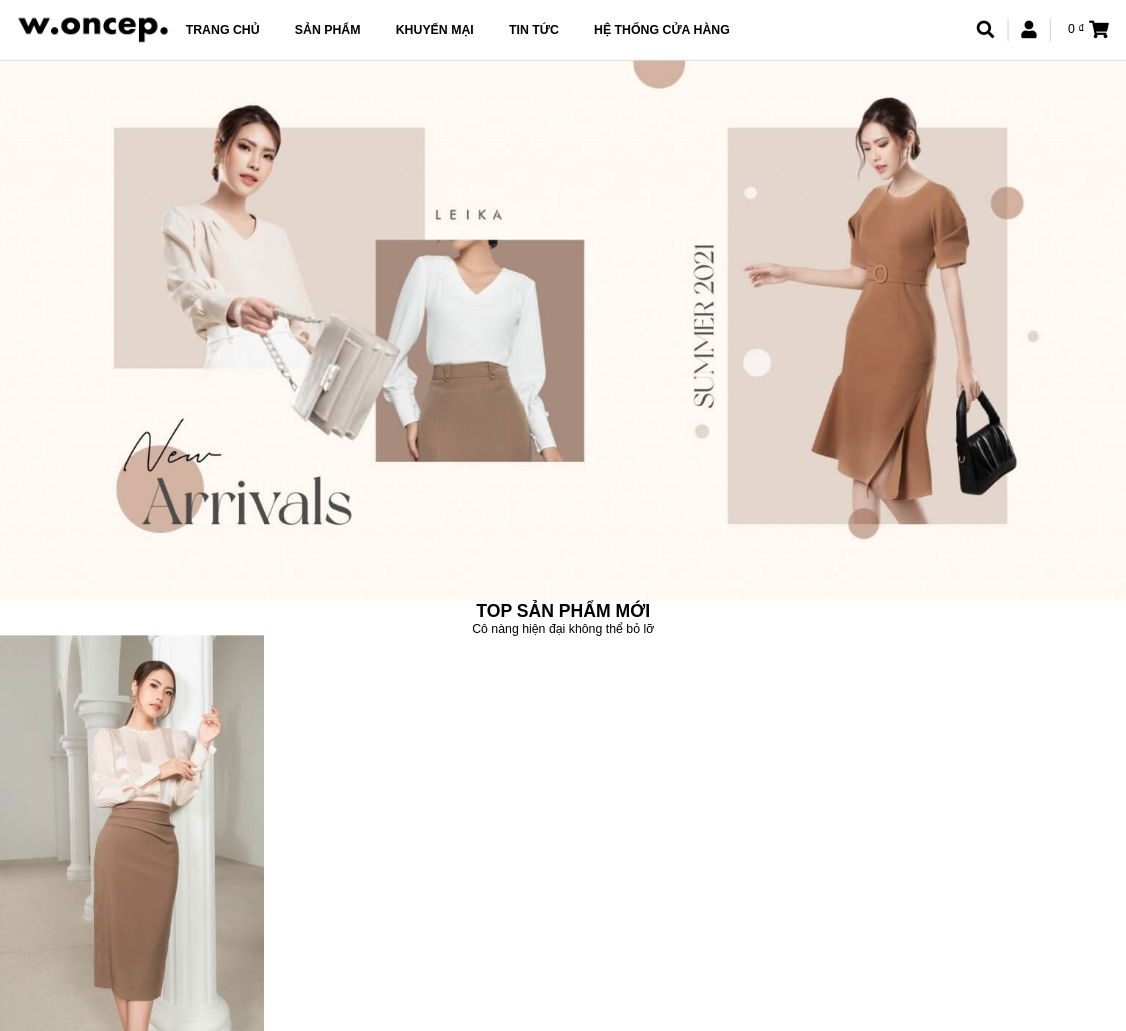
Repository: Nguyenductuan-dev/bt_j2team
Page: index.html
These files come from the project's save history. The page is drawn as it stood at one moment and after the next save; the edit follows.
The browser window is 1280 px wide. The pictures show the whole page, at 88% of full size.

Above is the page before, as saved 2021-12-12 01:39:50.

### index.html
<!DOCTYPE html>
<html lang="en">
<head>
    <meta charset="UTF-8">
    <meta http-equiv="X-UA-Compatible" content="IE=edge">
    <meta name="viewport" content="width=device-width, initial-scale=1.0">
    <link rel="stylesheet" href="css/style.css">
    <link rel="stylesheet" href="./fonts/fontawesome-free-5.15.3-web/css/all.min.css">
    <link rel="preconnect" href="https://fonts.googleapis.com">
    <link rel="preconnect" href="https://fonts.gstatic.com" crossorigin>
    <link href="https://fonts.googleapis.com/css2?family=Roboto:wght@300;400;500;700&display=swap" rel="stylesheet">
    <title>Document</title>
</head>
<body>

    <div class="wrapper">

        <!-- HEADER -->
        <div class="header">

            <div class="header__logo">
                <a class="header__logo_link" href="">
                    <img class="header__logo_img" src="./images/logo.png" alt="">
                </a>
            </div>

            <nav class="header__navbar">
                <ul class="header__navbar_list">
                    <li class="header__navbar_item">
                        <a href="" class="header__navbar_link">Trang chủ</a>
                    </li>
                    <li class="header__navbar_item">
                        <a href="" class="header__navbar_link">Sản phẩm</a>
                    </li>
                    <li class="header__navbar_item">
                        <a href="" class="header__navbar_link">Khuyến mại</a>
                    </li>
                    <li class="header__navbar_item">
                        <a href="" class="header__navbar_link">Tin tức</a>
                    </li>
                    <li class="header__navbar_item">
                        <a href="" class="header__navbar_link">hệ thống cửa hàng</a>
                    </li>
                </ul>
            </nav>

            <div class="header__right">
                <div class="header__search">
                    <i class="fas fa-search header__search-icon"></i>
                </div>

                <div class="header__user">
                    <i class="fas fa-user header__user-icon"></i>
                </div>

                <div class="header__cart">
                    <div class="header__cart_price">
                        0 ₫
                    </div>
                    <div class="header__cart">
                        <i class="fas fa-shopping-cart header__cart_icon"></i>
                    </div>
                </div>
            </div>

        </div>

        <!-- CONTAINER -->
        <div class="container">

            <div class="banner">
                <div class="banner__link">
                    <img src="./images/banner.jpg" alt="" class="banner__img">
                </div>
            </div>

            <div class="home__product">
                <div class="home__product-heading">
                    <h3 class="home__product-heading-title">
                        TOP SẢN PHẨM MỚI
                    </h3>
                    <p class="home__product-heading-description">
                        Cô nàng hiện đại không thể bỏ lỡ
                    </p>
                </div>
                <div class="home__product-list">
                    <div class="home__product-item">
                        <img src="./images/product1.jpg" alt="" class="home__product-item__img">
                    </div>
                </div>
            </div>

        </div>

    </div>

    <script src="javascript/main.js"></script>
</body>
</html>

### css/style.css
* {
    margin: 0;
    padding: 0;
    box-sizing: border-box;
    outline: 0;
}

img {
    display: block;
    max-width: 100%;
}

a {
    text-decoration: none;
    color: inherit;
}

h1, h2, h3, h4, h5, h6 {
    font-size: 14px;
    font-weight: 400;
}

p, ul {
    margin: 0;
    padding: 0;
}

body {
    font-family: 'Maven Pro', sans-serif;
    font-weight: 400;
    font-size: 14px;
}


.header {
    display: flex;
    justify-content: space-between;
    align-items: center;
    padding: 20px;
    flex-wrap: wrap;
    border-bottom: 1px solid #ccc;
}
.header__navbar {
    flex: 1;
}

.header__navbar_list {
    display: flex;
    list-style: none;
    font-size: 14px;
    text-transform: uppercase;
    font-weight: 600;
}
.header__navbar_item {
    padding: 0 20px;
}

.header__right {
    display: flex;
    justify-content: space-between;
    flex-wrap: wrap;
    width: 150px;
    align-items: center;
}

.header__search-icon,
.header__user-icon,
.header__cart_icon{
    font-size: 20px;
    font-weight: 300;
}
.header__cart {
    display: flex;
    justify-content: space-between;

}
.header__user {
    padding: 3px 15px;
    border-left: 1px solid #ccc;
    border-right: 1px solid #ccc;

}
.header__cart_price {
    padding: 0 5px;
    font-size: 14px;
}

/* CONTAINER */
.home__product-heading {
    text-align: center;
}
.home__product-heading-title {
    font-size: 20px;
    font-weight: 600;
    text-transform: uppercase;
}

.home__product-heading-description {

}

Loaded but not shown: fonts/fontawesome-free-5.15.3-web/css/all.min.css (library); javascript/main.js (no stored copy; drawn as an empty file)

After the next save:
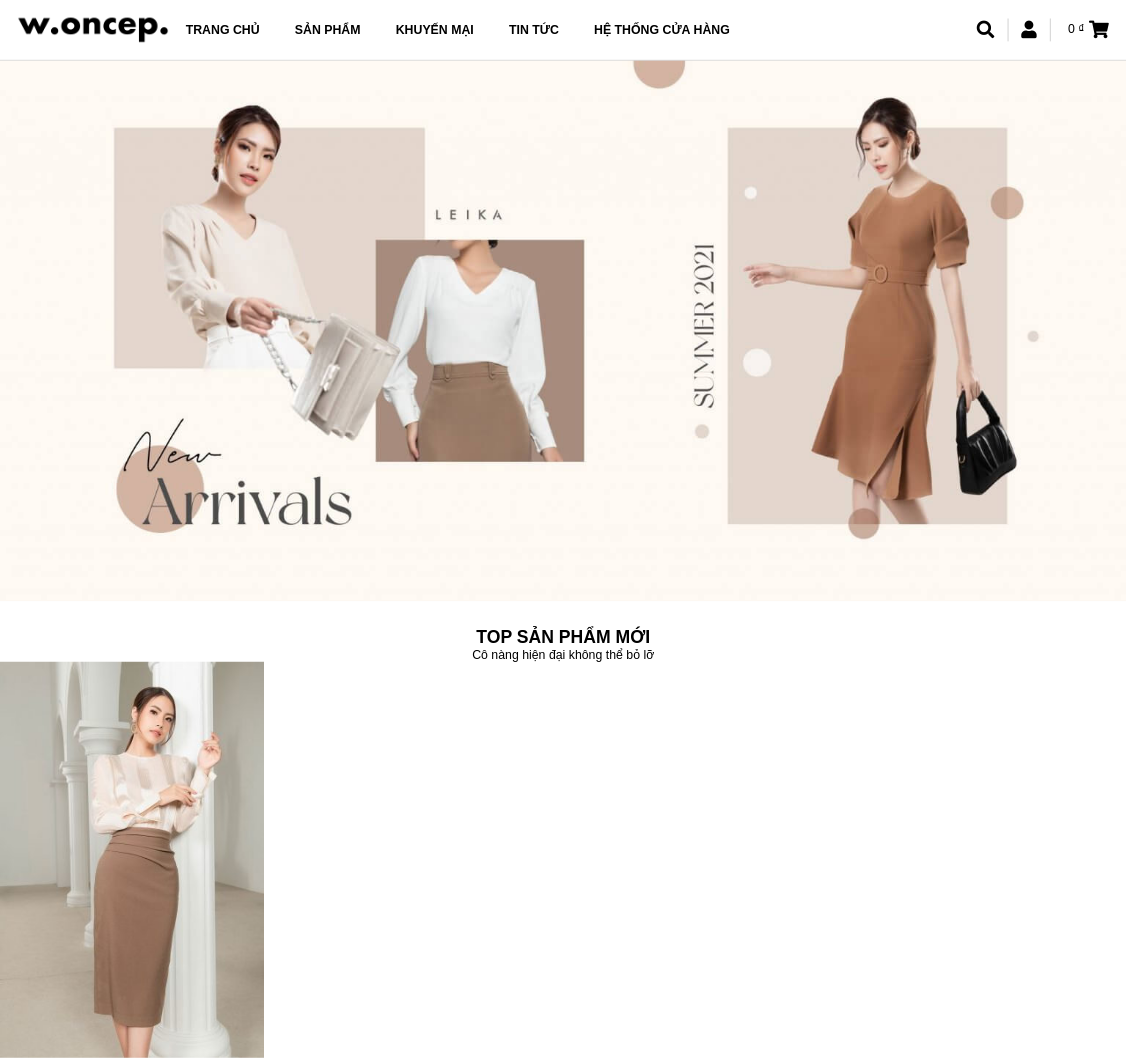
Saved 38 s later.
--- a/css/style.css
+++ b/css/style.css
@@ -86,6 +86,9 @@
 }
 
 /* CONTAINER */
+.home__product {
+    margin-top: 30px;
+}
 .home__product-heading {
     text-align: center;
 }
